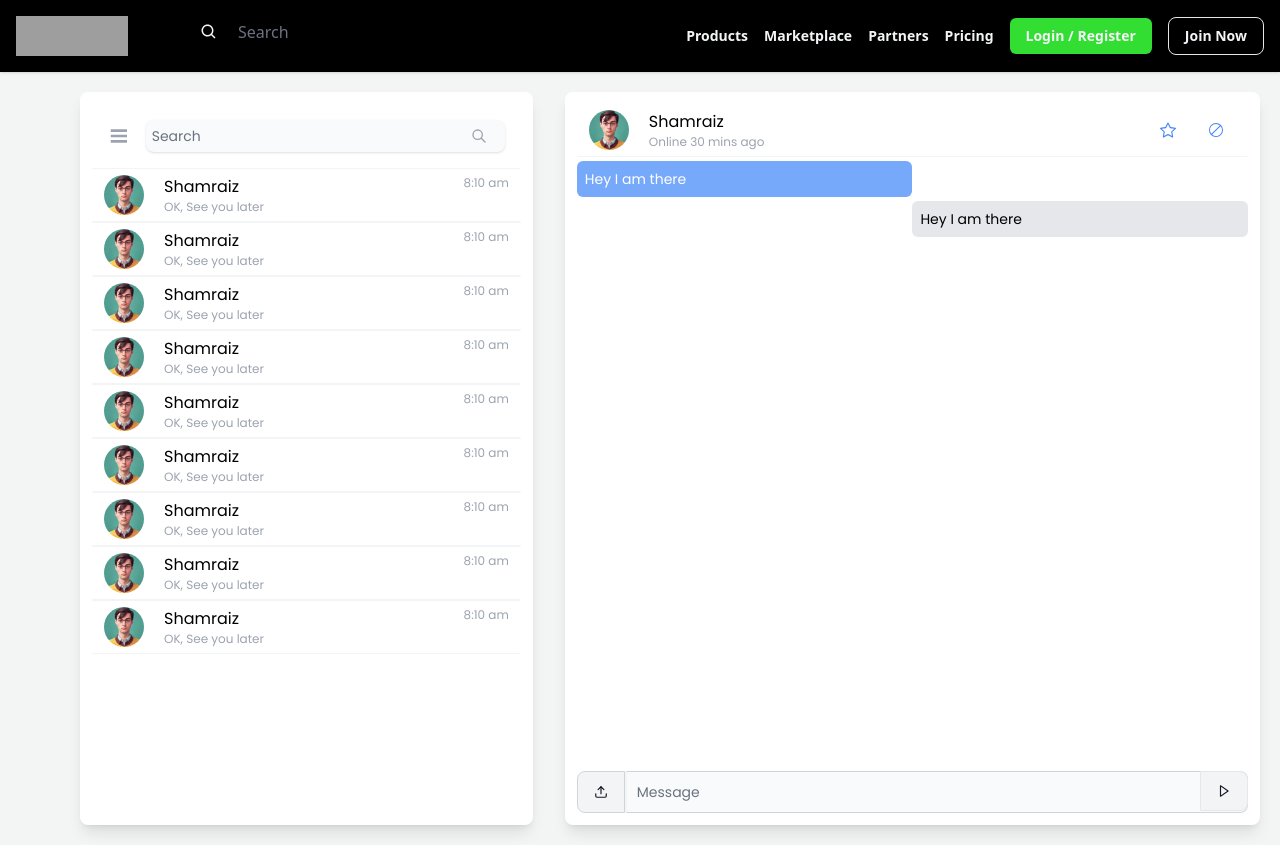
Repository: Shamraiz761/Frontend-Assessment
Page: /chat
An editor plug-in stored every save of this project. The page is shown before and after the next save, followed by the edit.
The browser window is 1280 px wide. The pictures show the whole page.
Pictures or frames that could not be fetched are drawn as grey boxes. The project was rebuilt for these pictures with package versions that can differ from the ones it lists, and the page was loaded fresh each time. Also part of the build but not shown: vite.config.js, src/routes/index.css, src/routes/root.jsx, src/pages/orders/index.jsx, src/pages/submission/index.jsx, src/pages/admin/index.css, src/components/admin/card.jsx, src/components/admin/addCard.jsx and 4 more. Imported but missing from the stored project, and not drawn on this page: src/pages/auth/login, src/pages/tasks, src/routes/profileLayout.

Above is the page before, as saved 2023-07-06 14:06:16.

### src/main.jsx
import ReactDOM from 'react-dom/client'

import React from 'react'

import App from './App.jsx'
import './index.css'

ReactDOM.createRoot(document.getElementById('root')).render(
  <React.StrictMode>
    <App />
  </React.StrictMode>,
)

### src/App.jsx
import React from 'react'
import { DndProvider } from 'react-dnd'
import { HTML5Backend } from 'react-dnd-html5-backend'
import 'flowbite'

import AppRoutes from './routes'

export default function App() {
  return (
    <DndProvider backend={HTML5Backend}>
      <AppRoutes />
    </DndProvider>
  )
}

### src/index.css
@import url("https://fonts.googleapis.com/css2?family=Poppins:wght@400;500;600;700;800;900&display=swap");

@tailwind base;
@tailwind components;
@tailwind utilities;

* {
  margin: 0;
  padding: 0;
}

body {
  margin: 0;
  font-family: "Poppins", -apple-system, BlinkMacSystemFont, "Segoe UI",
    "Roboto", "Oxygen", "Ubuntu", "Cantarell", "Fira Sans", "Droid Sans",
    "Helvetica Neue", sans-serif;
  -webkit-font-smoothing: antialiased;
  -moz-osx-font-smoothing: grayscale;
  width: 100vw;
  overflow-x: hidden;
  background-color: #f2f5f3;
  /* background: linear-gradient(180deg, #faefe8 0%, #edc7ac 100%); */
}

code {
  font-family: source-code-pro, Menlo, Monaco, Consolas, "Courier New",
    monospace;
}

.pointer-cursor {
  cursor: pointer;
}

.cusBorder {
  border: 1px solid #000;
  border-radius: 5px;
}

img {
  cursor: pointer;
}
.errors {
  color: #dc3545;
  padding: 0;
  margin: 0;
  font-size: 12px;
}
.loader {
  position: fixed;
  top: 0;
  bottom: 0;
  left: 0;
  right: 0;
  background-color: rgba(47, 151, 161, 0.32);

  display: flex;
  justify-content: center;
  align-items: center;
}

.link {
  color: #000;
  cursor: pointer;
  text-decoration: none;
}
.link:hover {
  color: #000;
}

.trans-btn {
  background-color: transparent;
  border: none;
}
.profile-logout-btn {
  border: 0;
}
.profile-logout-btn:hover {
  border: 0;
}
.profile-btn {
  border-radius: 0;
  border: 0;
}
.logout-btn {
  border-radius: 0;
  border: 0;
}
.logout-btn:hover {
  background-color: rgba(220, 53, 69, 0.5);
  border: 0;
  color: #fff;
}
.breadcrumbs ul {
  list-style: none;
  display: inline-block;
}

.breadcrumbs ul li {
  display: inline;
}

.breadcrumbs ul li .bc-link {
  /* display: block; */
  width: max-content;
  background-color: #f8f9fa;
  padding: 6px 15px 6px 25px;
  text-align: center;
  position: relative;
  margin: 0 10px 0 0;
  font-size: 15px;
  text-decoration: none;
  color: #000;
}
.breadcrumbs ul li .bc-link::after {
  content: "";
  border-top: 17px solid transparent;
  border-bottom: 17px solid transparent;
  border-left: 17px solid #f8f9fa;
  position: absolute;
  top: 0;
  right: -17px;
  z-index: 1;
}
.breadcrumbs ul li .bc-link::before {
  content: "";
  border-top: 17px solid transparent;
  border-bottom: 17px solid transparent;
  border-left: 17px solid #71cdd5;
  position: absolute;
  top: 0;
  left: 0;
}
.breadcrumbs ul li:first-child .bc-link {
  border-top-left-radius: 5px;
  border-bottom-left-radius: 5px;
}
.breadcrumbs ul li:first-child .bc-link::before {
  display: none;
}

.breadcrumbs ul li:last-child .bc-link {
  padding-right: 20px;
  border-top-right-radius: 5px;
  border-bottom-right-radius: 5px;
}
.breadcrumbs ul li:last-child .bc-link::after {
  display: none;
}

@media screen and (max-width: 500px) {
  .breadcrumbs ul li .bc-link {
    /* display: block; */
    padding: 2px 2px 2px 13px;
    /* margin: 0 10px 0 0; */
    font-size: 14px;
  }

  .breadcrumbs ul li .bc-link::after {
    content: "";
    border-top: 11.6px solid transparent;
    border-bottom: 11.6px solid transparent;
    border-left: 11.6px solid #f8f9fa;
    position: absolute;
    top: 0;
    right: -11.6px;
    z-index: 1;
  }
  .breadcrumbs ul li .bc-link::before {
    content: "";
    border-top: 11.6px solid transparent;
    border-bottom: 11.6px solid transparent;
    border-left: 11.6px solid #71cdd5;
    position: absolute;
    top: 0;
    left: 0;
  }
  .breadcrumbs ul li:last-child .bc-link {
    padding-right: 5px;
  }
}

@media screen and (max-width: 350px) {
  .breadcrumbs ul li .bc-link {
    /* display: block; */
    padding: 2px 2px 2px 12px;
    /* margin: 0 10px 0 0; */
    font-size: 10px;
  }

  .breadcrumbs ul li .bc-link::after {
    content: "";
    border-top: 9px solid transparent;
    border-bottom: 9px solid transparent;
    border-left: 9px solid #f8f9fa;
    position: absolute;
    top: 0;
    right: -9px;
    z-index: 1;
  }
  .breadcrumbs ul li .bc-link::before {
    content: "";
    border-top: 9px solid transparent;
    border-bottom: 9px solid transparent;
    border-left: 9px solid #edc7ac;
    position: absolute;
    top: 0;
    left: 0;
  }
  .breadcrumbs ul li:last-child .bc-link {
    padding-right: 5px;
  }
}

/* ********************************************** */

### src/routes/index.jsx
import {
  createBrowserRouter,
  createRoutesFromElements,
  RouterProvider,
  Route,
} from "react-router-dom";

import * as React from "react";

import Layout from "./layout";
import Root from "./root";

import Login from "../pages/auth/login";
import Chat from "../pages/chat";
import UserChat from "../components/chat/userChat";
import ProfileLayout from "./profileLayout";
import Tasks from "../pages/tasks";
import Orders from "../pages/orders";
import Submission from "../pages/submission";
import Admin from "../pages/admin";
import MarketPlace from "../pages/marketplace";
import View from "../pages/view";

export default function AppRoutes() {
  const router = createBrowserRouter(
    createRoutesFromElements(
      <Route>
        <Route path="/login" element={<Login />} />

        <Route element={<Layout />}>
          <Route path="/chat" element={<Chat />}>
            <Route path="userchat" element={<UserChat />} />
          </Route>
          <Route path="/marketplace" element={<MarketPlace />} />
          <Route path="/view" element={<View />} />

          <Route path={"/"} element={<ProfileLayout />}>
            {/* Add Task order payment submit route here */}
            <Route path="/admin" element={<Admin />} />
            <Route path="/" element={<Tasks />} />
            <Route path="/orders" element={<Orders />} />
            <Route path="/tasks" element={<Tasks />} />
            <Route path="/submission" element={<Submission />} />
          </Route>
        </Route>
      </Route>
    )
  );

  return <RouterProvider router={router} />;
}

### src/routes/layout.jsx
import { Link, Outlet, useLocation, useNavigate } from "react-router-dom";
import { Gi3DGlasses } from "react-icons/gi";
import { CgProfile } from "react-icons/cg";
import { BsArrowLeft, BsFillChatSquareTextFill } from "react-icons/bs";
import { MdOutlineDashboard, MdOutlineCastForEducation } from "react-icons/md";
import "./index.css";

import React, { useState } from "react";
import Header from "../components/header/index";

export default function Layout() {
  const [open, setOpen] = useState(false);
  const [type, setType] = useState(false);
  const navigate = useNavigate();

  const { pathname } = useLocation();

  const sc =
    "rounded-md text-xs flex items-center gap-x-4 cursor-pointer bg-gray-50 text-blue-500 py-4 p-2";
  const uc =
    "rounded-md text-gray-500  text-xs flex items-center gap-x-4 cursor-pointer hover:bg-gray-50 hover:text-blue-500 py-4 p-2";

  return (
    <div>
      <Header />

      <div className={`${open ? "ml-56" : "ml-[60px]"}`}>
        <Outlet />
      </div>
    </div>
  );
}

### src/pages/chat/index.jsx
import { VscThreeBars } from "react-icons/vsc";

import React from "react";

import UserChat from "../../components/chat/userChat";
import ChatsCard from "../../components/chat/chatsCard";

function Chat() {
  return (
    <div className="m-5 grid grid-cols-1 md:grid-cols-5  gap-8 flex-wrap">
      <div className="col-span-1 md:col-span-2 p-3 bg-white rounded-lg shadow-lg min-h-screen">
        <form className="m-4">
          <div className="flex items-center">
            <VscThreeBars className=" mr-4   rounded-lg text-gray-400 cursor-pointer text-2xl" />
            <div className="relative w-full  ">
              <input
                type="search"
                id='location-search"'
                className=" p-1.5 w-full focus:ring-gray-300  z-20 text-sm text-gray-200 bg-gray-50 shadow rounded-lg"
                placeholder="Search"
                required
                style={{ border: "none", outline: "none" }}
              />

              <button
                type="submit"
                className="absolute top-0 right-0 p-1.5 text-sm font-medium text-gray-400  rounded-r-lg   "
              >
                <svg
                  aria-hidden="true"
                  className="w-4 h-4 mr-3 mt-0.5"
                  fill="none"
                  stroke="currentColor"
                  viewBox="0 0 24 24"
                  xmlns="http://www.w3.org/2000/svg"
                >
                  <path
                    strokeLinecap="round"
                    strokeLinejoin="round"
                    strokeWidth={2}
                    d="M21 21l-6-6m2-5a7 7 0 11-14 0 7 7 0 0114 0z"
                  />
                </svg>
                <span className="sr-only">Search</span>
              </button>
            </div>
          </div>
        </form>
        <ChatsCard />
        <ChatsCard />
        <ChatsCard />
        <ChatsCard />
        <ChatsCard />
        <ChatsCard />
        <ChatsCard />
        <ChatsCard />
        <ChatsCard />
      </div>

      <UserChat />
    </div>
  );
}

export default Chat;

### src/components/chat/userChat.jsx
import { VscCircleSlash } from "react-icons/vsc";
import { BsStar } from "react-icons/bs";
import { FiUpload } from "react-icons/fi";
import { BiRightArrow } from "react-icons/bi";

import React from "react";

import Profile from "../../assets/images/profilePic.jpg";

function UserChat() {
  return (
    <div className="col-span-1 md:col-span-3 p-3  bg-white rounded-lg shadow-lg overflow-y">
      {" "}
      <div className="flex flex-row  px-3 py-1.5  border-b border-gray-100 rounded-sm ">
        <img src={Profile} className="h-10 w-10 rounded-full" />
        <div className="ml-5 flex flex-row justify-between w-full ">
          <div>
            {" "}
            <h1>Shamraiz</h1>{" "}
            <p className="text-xs font-thin text-gray-400">
              Online 30 mins ago
            </p>
          </div>
          <div className="flex flex-row items-center">
            <BsStar className="text-blue-500 mr-8" />
            <VscCircleSlash className="text-blue-500 mr-3" />
          </div>
        </div>
      </div>
      <div className="chats ">
        <p className="text-sm bg-blue-400 rounded-md my-1 p-2 text-white flex flex-col  justify-end w-1/2">
          Hey I am there
        </p>

        <p className="text-sm bg-gray-200 rounded-md p-2  flex flex-col float-right justify-end w-1/2">
          Hey I am there
        </p>
      </div>
      <div
        className="flex flex-col w-full  justify-end "
        style={{ height: "80vh" }}
      >
        <form className=" ">
          <div className="flex">
            <button
              id="dropdown-button"
              data-dropdown-toggle="dropdown"
              className="flex-shrink-0 z-10 inline-flex items-center py-2.5 px-4 text-sm font-medium text-center text-gray-900 bg-gray-100 border border-gray-300 dark:border-gray-700 dark:text-white rounded-l-lg hover:bg-gray-200  focus:outline-none "
              type="button"
            >
              <FiUpload />
            </button>
            <div
              id="dropdown"
              className="z-10 hidden bg-white divide-y divide-gray-100 rounded-lg shadow w-44 dark:bg-gray-700"
            >
              <ul
                className="py-2 text-sm text-gray-700 dark:text-gray-200"
                aria-labelledby="dropdown-button"
              >
                <li>
                  <a
                    href="#"
                    className="block px-4 py-2 hover:bg-gray-100 dark:hover:bg-gray-600 dark:hover:text-white"
                  >
                    Photo
                  </a>
                </li>
                <li>
                  <a
                    href="#"
                    className="block px-4 py-2 hover:bg-gray-100 dark:hover:bg-gray-600 dark:hover:text-white"
                  >
                    Vedio
                  </a>
                </li>
                <li>
                  <a
                    href="#"
                    className="block px-4 py-2 hover:bg-gray-100 dark:hover:bg-gray-600 dark:hover:text-white"
                  >
                    Document
                  </a>
                </li>
                <li>
                  <a
                    href="#"
                    className="block px-4 py-2 hover:bg-gray-100 dark:hover:bg-gray-600 dark:hover:text-white"
                  >
                    Finance
                  </a>
                </li>
              </ul>
            </div>
            <div className="relative w-full">
              <input
                type="search"
                id="search-dropdown"
                className="block p-2.5 w-full z-20 text-sm text-gray-900 bg-gray-50 rounded-r-lg border-l-gray-100 border-l-2 border border-gray-300 focus:ring-blue-500 focus:border-blue-500 dark:bg-gray-700 dark:border-gray-600 dark:placeholder-gray-400 dark:text-white dark:focus:border-blue-500"
                placeholder="Message"
              />
              <button
                type="submit"
                className="absolute top-0 right-0 z-10 py-3 px-4 text-sm font-medium text-gray-900 bg-gray-100 rounded-r-lg border "
              >
                <BiRightArrow />
              </button>
            </div>
          </div>
        </form>
      </div>
    </div>
  );
}

export default UserChat;

### src/components/header/index.jsx
import { IoIosNotifications } from "react-icons/io";
import { Dropdown } from "flowbite-react";
import { BiSearch } from "react-icons/bi";

import React from "react";
import { Link } from "react-router-dom";

function Header() {
  const [notification, setNotification] = React.useState(false);
  const [profile, setProfile] = React.useState(false);

  return (
    <div>
      {/* component */}

      <div class="bg-gray-100 font-sans w-full  m-0">
        <div class="bg-black text-gray-100 shadow">
          <div class="container mx-auto px-4">
            <div class="flex items-center justify-between py-4">
              <div className="flex flex-row justify-between">
                <img
                  src="https://envoycan.com/wp-content/uploads/2023/06/Asset-31@4x-e1686576126889.png"
                  class="w-28 h-10 text-white mr-16"
                />

                <div className="hidden sm:block flex-shrink flex-grow-0 justify-start px-2">
                  <div className="inline-block">
                    <div className="flex flex-row items-center max-w-full">
                      <BiSearch className="mr-2 text-gray-100 text-lg" />
                      <input
                        className="flex items-center bg-black text-gray-100 justify-between  flex-grow-0  relative w-72 border-none  py-1"
                        type="search"
                        placeholder="Search"
                      />

                      <div className="flex items-center justify-center relative  h-8 w-24 rounded-full"></div>
                    </div>
                  </div>
                </div>
              </div>

              <div className="flex flex-row">
                <div class="hidden sm:flex sm:items-center mr-4">
                  <a
                    href="#"
                    class="text-gray-100 text-sm font-semibold hover:text-purple-600 mr-4"
                  >
                    Products
                  </a>
                  <a
                    href="#"
                    class="text-gray-100 text-sm font-semibold hover:text-purple-600 mr-4"
                  >
                    Marketplace
                  </a>
                  <a
                    href="#"
                    class="text-gray-100 text-sm font-semibold hover:text-purple-600 mr-4"
                  >
                    Partners
                  </a>
                  <a
                    href="#"
                    class="text-gray-100 text-sm font-semibold hover:text-purple-600"
                  >
                    Pricing
                  </a>
                </div>

                <div class="hidden sm:flex sm:items-center">
                  <a
                    href="#"
                    class="text-gray-100 bg-[#33de33] rounded-md px-4 py-2 text-sm font-semibold hover:text-purple-600 mr-4"
                  >
                    Login / Register
                  </a>
                  <a
                    href="#"
                    class="text-gray-100 text-sm font-semibold border px-4 py-2 rounded-lg hover:text-purple-600 hover:border-purple-600"
                  >
                    Join Now
                  </a>
                </div>
              </div>
              <div class="sm:hidden cursor-pointer">
                <svg
                  xmlns="http://www.w3.org/2000/svg"
                  class="w-6 h-6 text-purple-600"
                  viewBox="0 0 24 24"
                >
                  <path
                    fill="currentColor"
                    d="M12.9499909,17 C12.7183558,18.1411202 11.709479,19 10.5,19 C9.29052104,19 8.28164422,18.1411202 8.05000906,17 L3.5,17 C3.22385763,17 3,16.7761424 3,16.5 C3,16.2238576 3.22385763,16 3.5,16 L8.05000906,16 C8.28164422,14.8588798 9.29052104,14 10.5,14 C11.709479,14 12.7183558,14.8588798 12.9499909,16 L20.5,16 C20.7761424,16 21,16.2238576 21,16.5 C21,16.7761424 20.7761424,17 20.5,17 L12.9499909,17 Z M18.9499909,12 C18.7183558,13.1411202 17.709479,14 16.5,14 C15.290521,14 14.2816442,13.1411202 14.0500091,12 L3.5,12 C3.22385763,12 3,11.7761424 3,11.5 C3,11.2238576 3.22385763,11 3.5,11 L14.0500091,11 C14.2816442,9.85887984 15.290521,9 16.5,9 C17.709479,9 18.7183558,9.85887984 18.9499909,11 L20.5,11 C20.7761424,11 21,11.2238576 21,11.5 C21,11.7761424 20.7761424,12 20.5,12 L18.9499909,12 Z M9.94999094,7 C9.71835578,8.14112016 8.70947896,9 7.5,9 C6.29052104,9 5.28164422,8.14112016 5.05000906,7 L3.5,7 C3.22385763,7 3,6.77614237 3,6.5 C3,6.22385763 3.22385763,6 3.5,6 L5.05000906,6 C5.28164422,4.85887984 6.29052104,4 7.5,4 C8.70947896,4 9.71835578,4.85887984 9.94999094,6 L20.5,6 C20.7761424,6 21,6.22385763 21,6.5 C21,6.77614237 20.7761424,7 20.5,7 L9.94999094,7 Z M7.5,8 C8.32842712,8 9,7.32842712 9,6.5 C9,5.67157288 8.32842712,5 7.5,5 C6.67157288,5 6,5.67157288 6,6.5 C6,7.32842712 6.67157288,8 7.5,8 Z M16.5,13 C17.3284271,13 18,12.3284271 18,11.5 C18,10.6715729 17.3284271,10 16.5,10 C15.6715729,10 15,10.6715729 15,11.5 C15,12.3284271 15.6715729,13 16.5,13 Z M10.5,18 C11.3284271,18 12,17.3284271 12,16.5 C12,15.6715729 11.3284271,15 10.5,15 C9.67157288,15 9,15.6715729 9,16.5 C9,17.3284271 9.67157288,18 10.5,18 Z"
                  />
                </svg>
              </div>
            </div>

            <div class="block sm:hidden bg-black border-t-2 py-2">
              <div class="flex flex-col">
                <a
                  href="#"
                  class="text-gray-100 text-sm font-semibold hover:text-purple-600 mb-1"
                >
                  Products
                </a>
                <a
                  href="#"
                  class="text-gray-100 text-sm font-semibold hover:text-purple-600 mb-1"
                >
                  Marketplace
                </a>
                <a
                  href="#"
                  class="text-gray-100 text-sm font-semibold hover:text-purple-600 mb-1"
                >
                  Partners
                </a>
                <a
                  href="#"
                  class="text-gray-100 text-sm font-semibold hover:text-purple-600 mb-1"
                >
                  Pricing
                </a>
                <div class="flex justify-between items-center border-t-2 pt-2">
                  <a
                    href="#"
                    class="text-gray-100 text-sm font-semibold hover:text-purple-600 mr-4"
                  >
                    Sign in
                  </a>
                  <a
                    href="#"
                    class="text-gray-100 text-sm font-semibold border px-4 py-1 rounded-lg hover:text-purple-600 hover:border-purple-600"
                  >
                    Sign up
                  </a>
                </div>
              </div>
            </div>
          </div>
        </div>
      </div>
    </div>
  );
}

export default Header;

### src/components/chat/chatsCard.jsx
import React from "react";

import Profile from "../../assets/images/profilePic.jpg";

function ChatsCard() {
  return (
    <div className="flex flex-row px-3 py-1.5  border-y border-gray-100 rounded-sm hover:bg-blue-200">
      <img src={Profile} className="h-10 w-10 rounded-full" />
      <div className="ml-5 flex flex-row justify-between w-full ">
        <div>
          {" "}
          <h1>Shamraiz</h1>{" "}
          <p className="text-xs font-thin text-gray-400">OK, See you later</p>
        </div>
        <p className="text-xs font-thin text-gray-400">8:10 am</p>
      </div>
    </div>
  );
}

export default ChatsCard;

### tailwind.config.cjs
const colors = require('tailwindcss/colors');
const defaultTheme = require('tailwindcss/defaultTheme');

module.exports = {
  content: ['./src/**/*.{js,jsx,ts,tsx}', "node_modules/flowbite/**/*.js"],
  theme: {
    extend: {
      colors: {
        // set primary color from figma
        // primary: {
        // },
      },
      fontFamily: {
        poppins: ['Poppins', ...defaultTheme.fontFamily.sans],
      },
      fontSize: {
        xxs: '0.5rem',
      },
    },
  },
  plugins: [
    require('flowbite/plugin')
  ],

};

### src/routes/chatLayout.jsx
import React from "react";

function ChatLayout() {
  return <div>C</div>;
}

export default ChatLayout;

Loaded but not shown: index.html (common file)

After the next save:
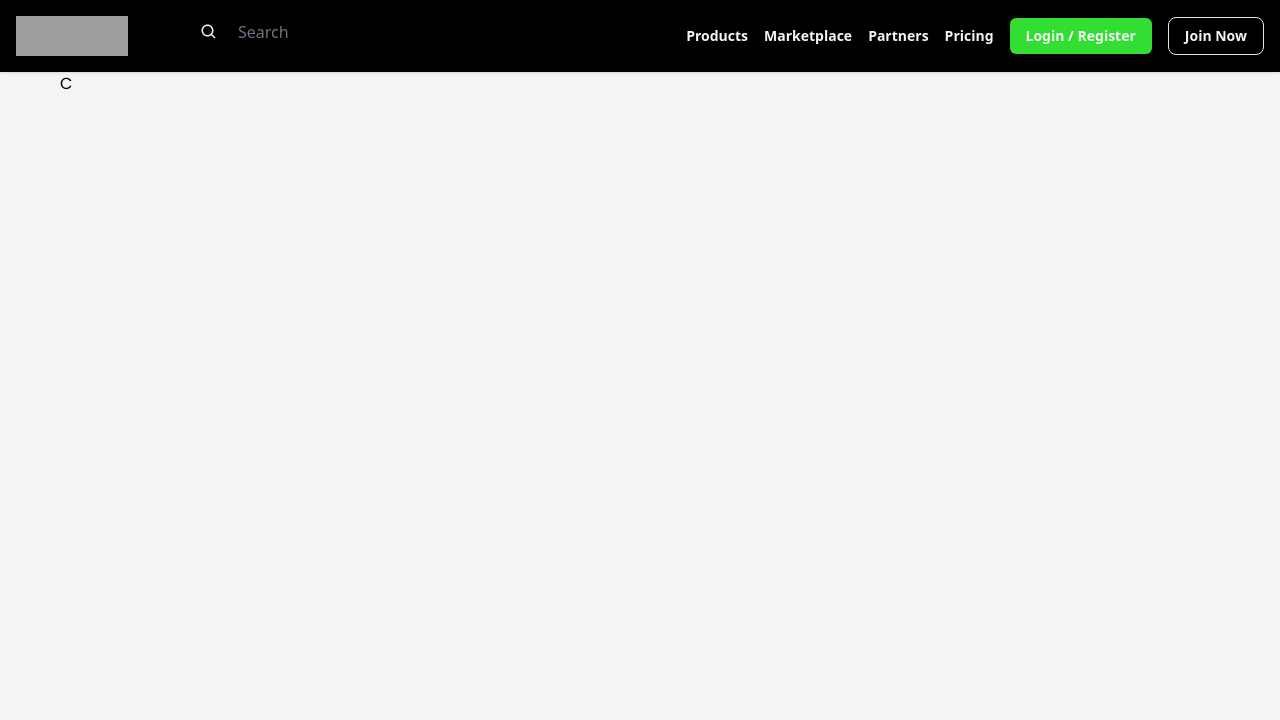
Saved 6 min 20 s later.
--- a/src/routes/index.jsx
+++ b/src/routes/index.jsx
@@ -10,37 +10,19 @@ import * as React from "react";
 import Layout from "./layout";
 import Root from "./root";
 
-import Login from "../pages/auth/login";
 import Chat from "../pages/chat";
 import UserChat from "../components/chat/userChat";
-import ProfileLayout from "./profileLayout";
-import Tasks from "../pages/tasks";
-import Orders from "../pages/orders";
-import Submission from "../pages/submission";
-import Admin from "../pages/admin";
-import MarketPlace from "../pages/marketplace";
-import View from "../pages/view";
+
+import ChatLayout from "./chatLayout";
 
 export default function AppRoutes() {
   const router = createBrowserRouter(
     createRoutesFromElements(
       <Route>
-        <Route path="/login" element={<Login />} />
-
         <Route element={<Layout />}>
-          <Route path="/chat" element={<Chat />}>
-            <Route path="userchat" element={<UserChat />} />
-          </Route>
-          <Route path="/marketplace" element={<MarketPlace />} />
-          <Route path="/view" element={<View />} />
-
-          <Route path={"/"} element={<ProfileLayout />}>
-            {/* Add Task order payment submit route here */}
-            <Route path="/admin" element={<Admin />} />
-            <Route path="/" element={<Tasks />} />
-            <Route path="/orders" element={<Orders />} />
-            <Route path="/tasks" element={<Tasks />} />
-            <Route path="/submission" element={<Submission />} />
+          <Route path="/chat" element={<ChatLayout />}>
+            {/* <Route path="" element={<Chat />} /> */}
+            <Route path=":id" element={<Chat />} />
           </Route>
         </Route>
       </Route>
